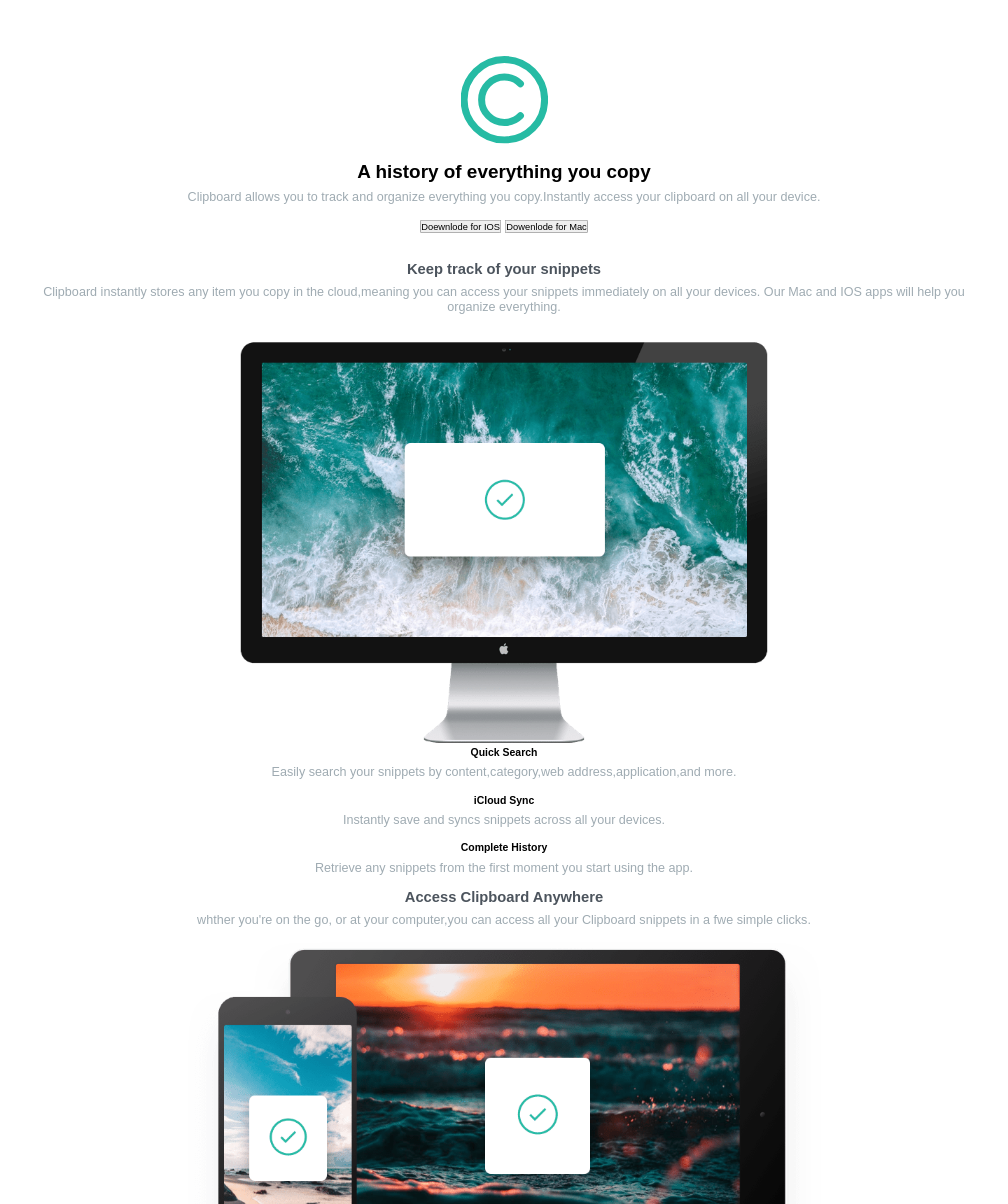
Repository: moataz305G/Clipboard-landing-page
Page: index.html
The author's editor kept a copy of each file at every save. The page is drawn from the files as they stood at one save, then again after the next save.
The browser window is 1280 px wide. The page is 1440 px wide, so the pictures cover 1440 px, including what lies to the right of the window. The pictures show the part of the page from y = 0 to 1720 px (the page is 2733 px tall before and 2653 px after), at 70% of full size.

Above is the page before, as saved 2025-12-04 11:34:07.

After the next save:
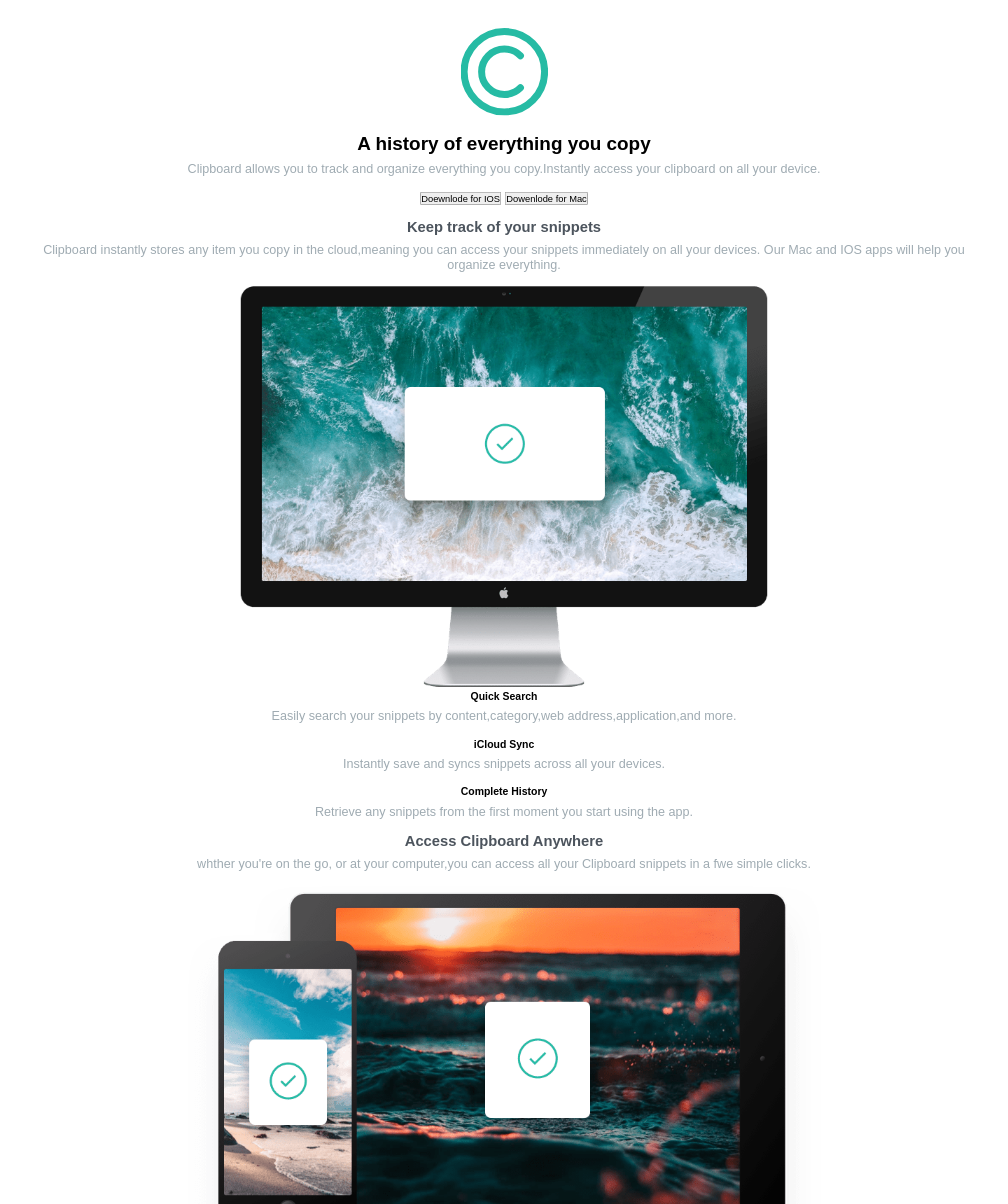
Saved 37 s later.
--- a/style.css
+++ b/style.css
@@ -31,6 +31,8 @@
   padding: 40px;
 }
 .hero,
-.snippets {
+.snippets,
+.fuatures,
+. {
   margin: 40px 0;
 }
